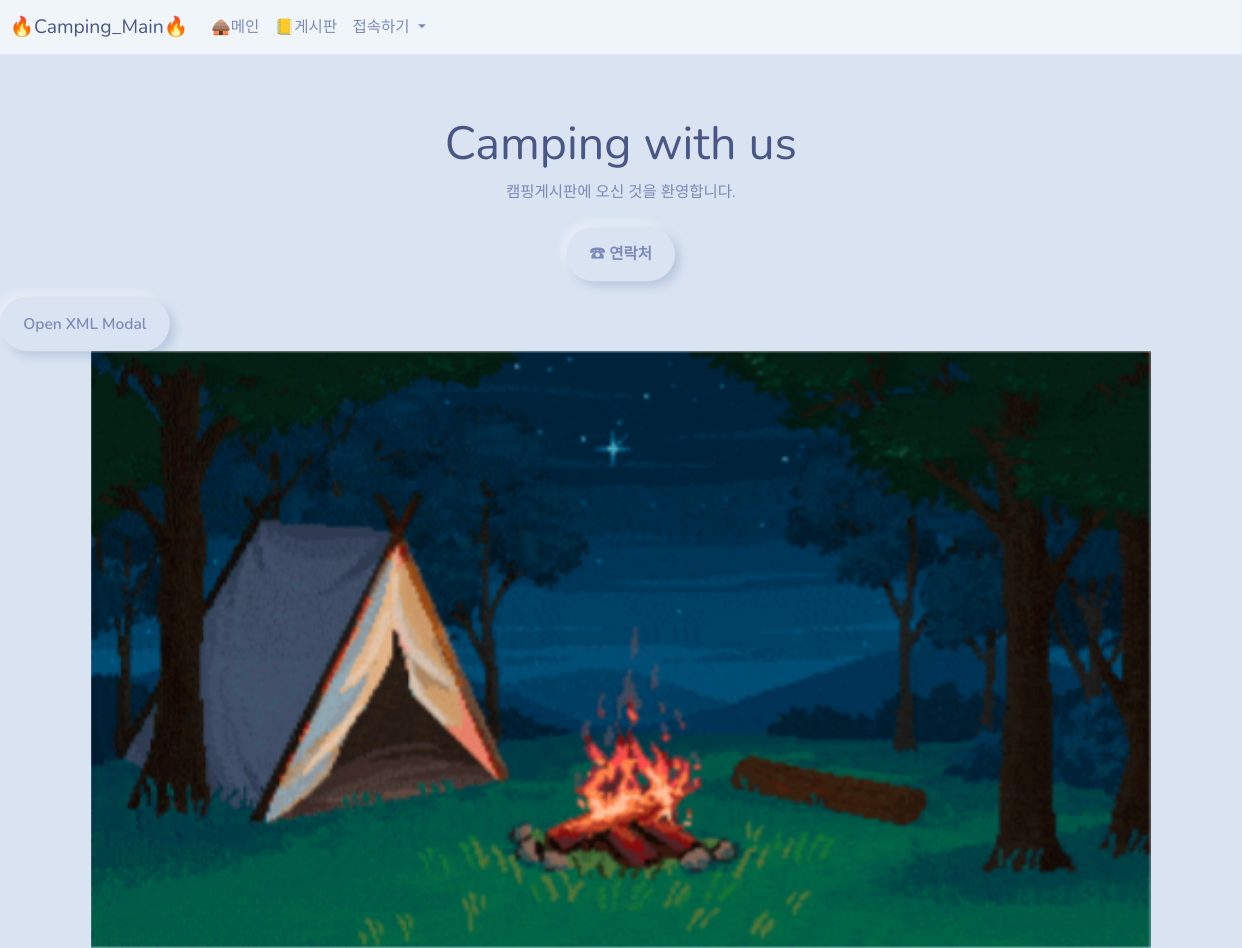
Repository: LeeJaeweon/Camping_Weak_v1.0
Page: http://localhost/SSS/main.jsp
An editor plug-in stored every save of this project. The page is shown before and after the next save, followed by the edit.
The browser window is 1280 px wide. The pictures show the whole page, at 97% of full size.
Some web libraries are served in a nearby version. The page is served by Tomcat 9. Other server files are loaded and not shown.

Above is the page before, as saved 2023-11-19 07:35:37.

### JSP/SSS/src/main/webapp/main.jsp
<%@ page language="java" contentType="text/html; charset=UTF-8" pageEncoding="UTF-8"%>
<%@ page import="java.io.PrintWriter" %>
<!DOCTYPE html>
<html>
<head>
    <meta http-equiv="Content-Type" content="text/html; charset=UTF-8">
    <meta name="viewport" content="width=device-width, initial-scale=1">
    <link rel="stylesheet" href="css/bootstrap.css">
    <title>🔥Camping🔥</title>

    <!-- 팝업 창 띄우기 함수 -->
    <script>
        function openPopup(url, width, height) {
            var popup = window.open(url, "_blank", "width=" + width + ",height=" + height);
            popup.focus();
        }

        function submitFormToXML() {
            var name = document.getElementById('name').value;
            var email = document.getElementById('email').value;
            var message = document.getElementById('message').value;

            // Create XML string
            var xmlString = '<inquiry><name>' + name + '</name><email>' + email + '</email><message>' + message + '</message></inquiry>';

            // TODO: Send this XML to the server-side for further processing
            console.log("Generated XML: ", xmlString);
        }
    </script>
</head>

<body>
    <%
        String userID = (String) session.getAttribute("userID");
    %>
    <nav class="navbar navbar-expand-lg navbar-light bg-light">
        <a class="navbar-brand" href="main.jsp" style="margin-left: 10px;">🔥Camping_Main🔥</a>
        <button class="navbar-toggler" type="button" data-toggle="collapse" data-target="#navbarNavDropdown" aria-controls="navbarNavDropdown" aria-expanded="false" aria-label="Toggle navigation">
            <span class="navbar-toggler-icon"></span>
        </button>
        <div class="collapse navbar-collapse" id="navbarNavDropdown">
            <ul class="navbar-nav">
                <li class="nav-item active">
                    <a class="nav-link" href="main.jsp">🛖메인</a>
                </li>
                <li class="nav-item">
                    <a class="nav-link" href="bbs.jsp">📒게시판</a>
                </li>
                <%
                    if (userID == null) {
                %>
                <li class="nav-item dropdown">
                    <a class="nav-link dropdown-toggle" href="#" id="navbarDropdownMenuLink" role="button" data-toggle="dropdown" aria-expanded="false">
                        접속하기
                    </a>
                    <ul class="dropdown-menu" aria-labelledby="navbarDropdownMenuLink">
                        <li><a class="dropdown-item" href="login.jsp">로그인</a></li>
                        <li><a class="dropdown-item" href="join.jsp">회원가입</a></li>
                    </ul>
                </li>
                <%
                } else {
                %>
                <li class="nav-item dropdown">
                    <a class="nav-link dropdown-toggle" href="#" id="navbarDropdownMenuLink" role="button" data-toggle="dropdown" aria-expanded="false">
                        ⚙️회원관리
                    </a>
                    <ul class="dropdown-menu" aria-labelledby="navbarDropdownMenuLink">
                        <a href="#" class="dropdown-item" onclick="openPopup('finduser.jsp', 600, 800); return false;">🏕️유저찾기</a>
                        <a href="#" class="dropdown-item" onclick="openPopup('pingTest2.jsp', 600, 400); return false;">📡인터넷 테스트</a>
                        <li><a class="dropdown-item" href="logoutAction.jsp">🤚로그아웃</a></li>
                    </ul>
                </li>
                <%
                    }
                %>
            </ul>
        </div>
    </nav>

<!-- 메인 페이지 영역 시작 -->
<div class="container mt-5">
    <div class="jumbotron border rounded p-3">
        <div class="container text-center">
            <h1 style="font-size: 48px;">Camping with us</h1>
            <p>캠핑게시판에 오신 것을 환영합니다.</p>
            <div class="mt-4">
                <a href="DownloadServlet.jsp?file=myfile.txt" class="btn btn-primary mr-2">☎ 연락처</a>
                <!-- <button type="button" class="btn btn-primary" data-toggle="modal" data-target="#contactAdminModal">
                    관리자에게 문의하기
                </button> -->
            </div>
        </div>
    </div>
</div>

<!-- 모달 팝업 창 트리거 버튼 -->
<button type="button" class="btn btn-primary" data-toggle="modal" data-target="#xmlModal">
    Open XML Modal
</button>

<!-- 모달 팝업 창 -->
<div class="modal fade" id="xmlModal" tabindex="-1" role="dialog" aria-labelledby="xmlModalLabel" aria-hidden="true">
    <div class="modal-dialog" role="document">
        <div class="modal-content">
            <div class="modal-header">
                <h5 class="modal-title" id="xmlModalLabel">XXE Vulnerability Test</h5>
                <button type="button" class="close" data-dismiss="modal" aria-label="Close">
                    <span aria-hidden="true">&times;</span>
                </button>
            </div>
            <div class="modal-body">
                <form method="post">
                    <div class="form-group">
                        <label for="xmlData">XML Data:</label>
                        <textarea name="xmlData" id="xmlData" class="form-control" rows="10" cols="30"></textarea>
                    </div>
                    <button type="submit" class="btn btn-primary">Submit XML Data</button>
                </form>
            </div>
            <div class="modal-footer">
                <button type="button" class="btn btn-secondary" data-dismiss="modal">Close</button>
            </div>
        </div>
    </div>
</div>


    <!-- 메인페이지 사진 삽입 영역 -->
    <div class="container">
        <div class="row justify-content-center">
            <div class="row justify-content-center">
                <div id="myCarousel" class="carousel slide" data-ride="carousel">
                    <ol class="carousel-indicators">
                        <!-- <li data-target="#myCarousel" data-slide-to="1" class="active"></li>
                        <li data-target="#myCarousel" data-slide-to="2"></li>
                        <li data-target="#myCarousel" data-slide-to="3"></li> -->
                    </ol>
                    <div class="carousel-inner">
                        <div class="carousel-item active">
                            <div class="text-center">
                                <img src="images/1.gif" class="img-fluid" alt="Camping Image" style="width: 100%; height: auto;">
                            </div>
                        </div>
                    </div>
                </div>
            </div>
        </div>
    </div>

    <script src="http://code.jquery.com/jquery-3.1.1.min.js"></script>
    <script src="https://stackpath.bootstrapcdn.com/bootstrap/5.0.0-alpha1/js/bootstrap.min.js"></script>
</body>
</html>

Loaded but not shown: JSP/SSS/src/main/webapp/css/bootstrap.css (library)

After the next save:
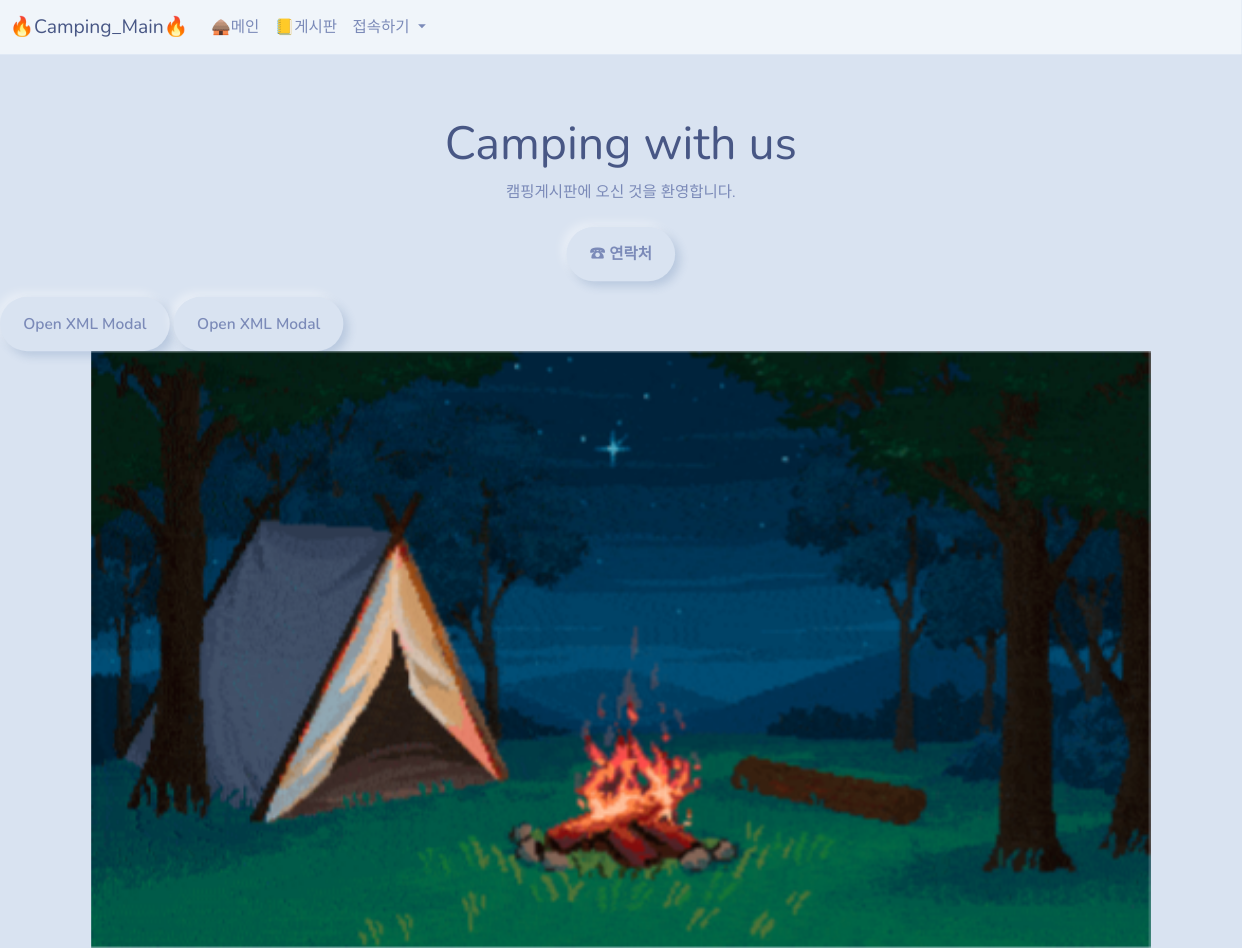
Saved 3 min 12 s later.
--- a/JSP/SSS/src/main/webapp/main.jsp
+++ b/JSP/SSS/src/main/webapp/main.jsp
@@ -99,6 +99,11 @@
     Open XML Modal
 </button>
 
+<!-- 모달 팝업 창 트리거 버튼 -->
+<button type="button" class="btn btn-primary" data-toggle="modal" data-target="#xmlModal">
+    Open XML Modal
+</button>
+
 <!-- 모달 팝업 창 -->
 <div class="modal fade" id="xmlModal" tabindex="-1" role="dialog" aria-labelledby="xmlModalLabel" aria-hidden="true">
     <div class="modal-dialog" role="document">
@@ -113,7 +118,7 @@
                 <form method="post">
                     <div class="form-group">
                         <label for="xmlData">XML Data:</label>
-                        <textarea name="xmlData" id="xmlData" class="form-control" rows="10" cols="30"></textarea>
+                        <textarea name="xmlData" id="xmlData" class="form-control" rows="10" cols="30"><%= (request.getParameter("xmlData") != null) ? request.getParameter("xmlData") : "" %></textarea>
                     </div>
                     <button type="submit" class="btn btn-primary">Submit XML Data</button>
                 </form>
@@ -124,6 +129,7 @@
         </div>
     </div>
 </div>
+
 
 
     <!-- 메인페이지 사진 삽입 영역 -->

After the save that followed:
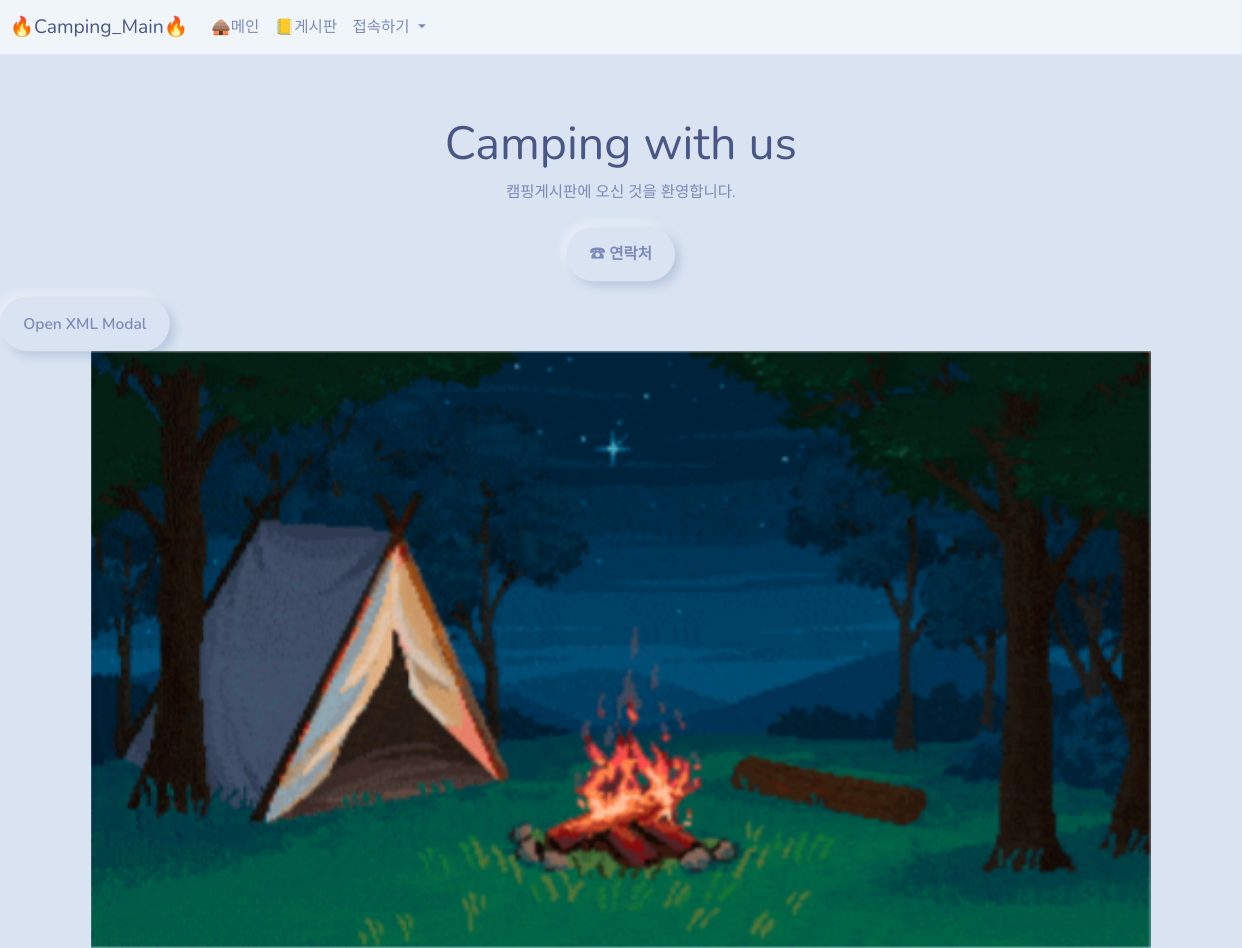
Saved 24 s later.
--- a/JSP/SSS/src/main/webapp/main.jsp
+++ b/JSP/SSS/src/main/webapp/main.jsp
@@ -99,11 +99,6 @@
     Open XML Modal
 </button>
 
-<!-- 모달 팝업 창 트리거 버튼 -->
-<button type="button" class="btn btn-primary" data-toggle="modal" data-target="#xmlModal">
-    Open XML Modal
-</button>
-
 <!-- 모달 팝업 창 -->
 <div class="modal fade" id="xmlModal" tabindex="-1" role="dialog" aria-labelledby="xmlModalLabel" aria-hidden="true">
     <div class="modal-dialog" role="document">
